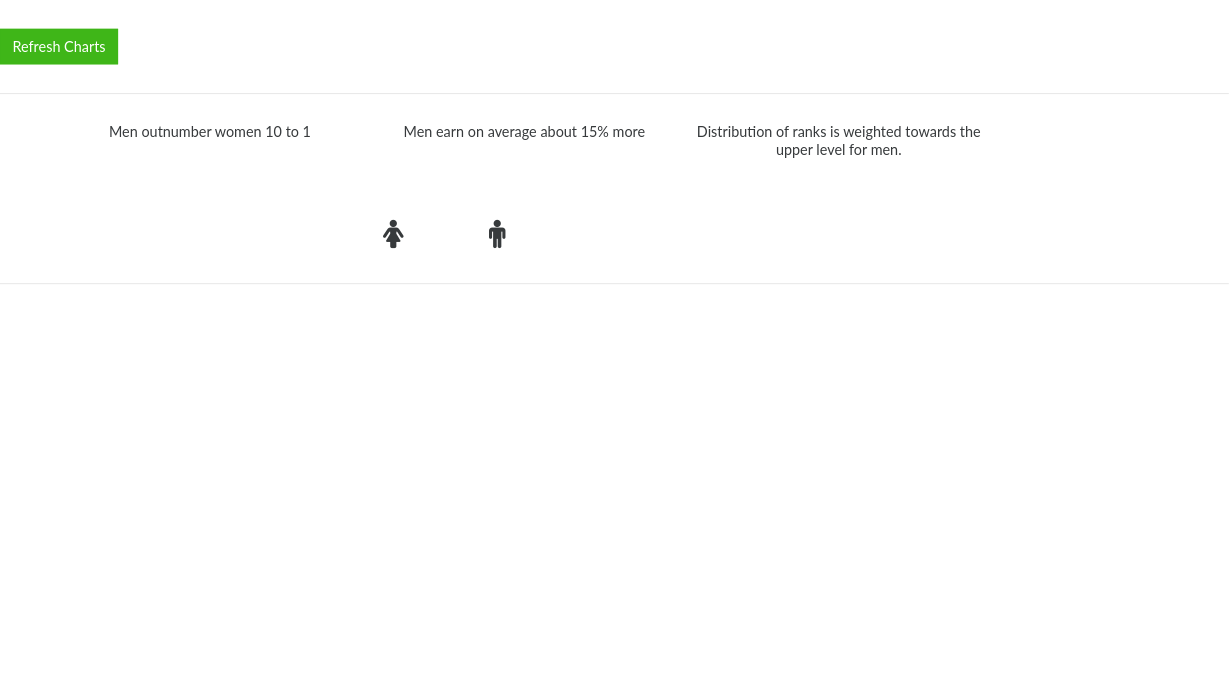
Repository: pauldardis/project-2-test
Page: index.html
The author's editor kept a record of every edit. The page is drawn from the files as they stood at one moment, then again after the next edit.
The browser window is 1280 px wide. The pictures show the whole page, at 96% of full size.

Above is the page before.
Console error: ReferenceError: show_percent_that_are_professors is not defined

### index.html
<!DOCTYPE html>
<html lang="en">

<head>
    <meta charset="UTF-8">
    <meta name="viewport" content="width=device-width, initial-scale=1.0">
    <meta http-equiv="X-UA-Compatible" content="ie=edge">
    <title>Dashboard</title>

    <link rel="stylesheet" href="assets/css/bootstrap.min.css" type="text/css" />
    <!--<link rel="stylesheet" href="assets/css/dc.min.css" type="text/css" />-->
    <link rel="stylesheet" type="text/css" href="https://maxcdn.bootstrapcdn.com/font-awesome/4.7.0/css/font-awesome.min.css">
    <link rel="stylesheet" href="assets/css/style.css" type="text/css" />


    <script type="text/javascript" src="assets/js/d3.min.js"></script>
    <script type="text/javascript" src="assets/js/crossfilter.min.js"></script>
    <script type="text/javascript" src="assets/js/dc.min.js"></script>
    <script type="text/javascript" src="assets/js/queue.min.js"></script>
    <script type="text/javascript" src="assets/js/graps.js"></script>

</head>

<body>

    <section class="section">
        <div id="refresh-button">
            <button type="submit" class="btn btn-success" onClick="refreshPage()">Refresh Charts</button>
        </div>
    </section>




    <section class="section">
        <div class="container">
            <div class="row">
                <div class="row">
                    <div class="col-xs-12 col-sm-4 text-center">
                        <p class="section-paragraph">Men outnumber women 10 to 1</p>
                    </div>
                    <div class="col-xs-12 col-sm-4 text-center">
                        <p class="section-paragraph">Men earn on average about 15% more</p>
                    </div>
                    <div class="col-xs-12 col-sm-4 text-center">
                        <p class="section-paragraph">Distribution of ranks is weighted towards the upper level for men.</p>
                    </div>
                </div>
                <div class="container">
                    <div class="row">
                        <div class="col-xs-12 col-sm-4 col-md-4 col-lg-4 text-center custom-chart" id="region-selector"></div>
                        <div class="col-xs-12 col-sm-4 col-md-4 col-lg-4 text-center custom-chart" id="constituency-selector"></div>
                        <div class="col-xs-12 col-sm-4 col-md-4 col-lg-4 text-center custom-chart" id="elected-selector"></div>
                    </div>
                </div>
            </div>
        </div>
        <div class="row col-12"></div>
        <div class="col-xs-12 col-sm-12 col-lg-12 gender-box">
            <i class="fa fa-female fa-gender" aria-hidden="true"></i> <span class="number-box" id="percent-of-women-professors"></span>
            <i class="fa fa-male fa-gender" aria-hidden="true"></i> <span class="number-box" id="percent-of-men-professors"></span>
        </div>
    </section>

    <section>
        <div class="container-fluid">
            <div class="row">
                <div class="col-xs-12 col-sm-6 col-md-3 col-lg-3">
                    <div>
                        <div>
                            <div class=" " id="party_first_preference_graphs"></div>
                        </div>
                    </div>
                </div>
                <div class="col-xs-12 col-sm-6 col-md-3 col-lg-3">
                    <div>
                        <div>
                            <div class="" id="candidate-graph"></div>
                        </div>
                    </div>
                </div>
                <div class="col-xs-12 col-sm-6 col-md-3 col-lg-3">
                    <div>
                        <div>
                            <div class="" id="candidate-first-preferance-graph">
                            </div>
                        </div>
                    </div>
                </div>
                <div class="col-xs-12 col-sm-6 col-md-3 col-lg-3">
                    <div>
                        <div>
                            <!--<div class="" id="candidate-graph">-->
                            </div>
                        </div>
                    </div>
                </div>
            </div>
    </section>



<div class="" id="candidate-graph"></div>
<div class="" id="candidate-graph-v2"></div>







    <!--<div class="col-xs-12 col-sm-6 col-md-3 col-lg-3 " id="party_first_preference_graphs"></div>-->
    <!--<div class="col-xs-12 col-sm-6 col-md-3 col-lg-3 text-center" id="party_total_votes_graphs"></div>-->
    <!--<div class="col-xs-12 col-sm-6 col-md-3 col-lg-3 text-center" id="candidate-first-preferance-graph"></div>-->
    <!--<div class="col-xs-12 col-sm-6 col-md-3 col-lg-3 text-center" id="candidate-total-votes-graph"></div>-->


    <section>
        <div class="container">
            <div class="row">
                <!--<div class="col-xs-12 col-sm-4 text-center" id="candidate-first-preferance-graph"></div>-->
                <!--<div class="col-xs-12 col-sm-4 text-center" id="candidate-total-votes-graph"></div>-->
            </div>
        </div>
    </section>








</body>

</html>

### assets/css/style.css
.gender-box {
	display: block;
	margin-left: auto;
	margin-right: auto;
	width: 40%;
}


.graph-box {
	display: block;
	margin-left: auto;
	margin-right: auto;
}


/*This removes the gridlines on the row chart but causes issue with x axesis */
/*.tick  { */
/*    display: none;*/
/*     }*/








/*.row {*/
/*	margin: 0px;*/
/*	padding: 0px;*/
/*}*/

/*.container {*/
/*	margin: 0px;*/
/*	padding: 0px;*/
/*}*/








.navbar-default {
	background-image: none;
	margin-bottom: 0;
}

.section-heading,
#discipline-selector {
	display: inline-block;
	float: none;
	margin: 0;
}

.section-heading {
	margin-bottom: 50px;
}

#discipline-selector {
	margin-left: 15px;
}

.number-box {
	margin-right: 75px;
}

.number-box,
.fa.fa-gender {
	font-size: 30px;
	font-weight: 500;
}

.fa-gender {
	margin-right: 10px;
}

.custom-chart {
	margin-bottom: 40px;
}

.section {
	border-bottom: 1px solid #e6e6e6;
	padding: 30px 0;
}

.section-paragraph {
	line-height: 1.2;
}

@import url("https://fonts.googleapis.com/css?family=Lato:300,400&display=swap");

/* BODY & HTML */
body {
    font-family: "Lato", sans-serif;
    font-weight: 400;
}

body,
html {
    width: 100%;
    height: 100%;
    padding: 0;
    margin: 0;
}

/* HEADINGS */
/* Styling of the dashboard title */

h1 {
    margin: 0;
}

/* Styling of heading 2 */

h2 {
    font-size: 1rem;
    font-weight: 300;
    margin-bottom: 0;
    margin-top: 15px;
}

/* SPINNER */
/* Spinner on data loading
spinner animation found on CodePen: https://codepen.io/judecodes/pen/PrBOvG?&page=1 */

.loader {
    z-index: 99;
    width: 200px;
    height: 200px;
    border-radius: 50%;
    border-top: 2px solid #2477b4;
    border-bottom: 2px solid transparent;
    border-left: 2px solid transparent;
    border-right: 2px solid transparent;
    animation: spin 3s linear infinite forwards;

    position: absolute;
    top: 0;
    bottom: 0;
    left: 0;
    right: 0;
    margin: auto;
}

.loader::before,
.loader::after {
    content: "";
    position: absolute;
    border-radius: 50%;
    border-top: 2px solid #2477b4;
    border-bottom: 2px solid transparent;
    border-left: 2px solid transparent;
    border-right: 2px solid transparent;
}

.loader::before {
    top: 7px;
    left: 7px;
    width: 178px;
    height: 178px;
    border-top: 2px solid #e6562e;
    animation: spin 2s linear infinite forwards;
}

.loader::after {
    top: 16px;
    left: 16px;
    width: 160px;
    height: 160px;
    border-top: 2px solid #f2893c;
    animation: spin 1s linear infinite forwards;
}

@keyframes spin {
    to {
        transform: rotate(360deg);
    }
}

/* Overlay styled to dim the background for spinner */

#overlay {
    z-index: 98;
    position: fixed;
    top: 0;
    left: 0;
    height: 100%;
    width: 100%;
    background: rgba(0, 0, 0, .5);
}

/* BACK TO TOP BUTTON */
/* Back to top button inspired by this Codepen solution: https://codepen.io/matthewcain/pen/ZepbeR */

#button {
    display: inline-block;
    background-color: transparent;
    color: #DF691A;
    border: 1px solid #DF691A;
    width: 50px;
    height: 50px;
    text-align: center;
    border-radius: 3px;
    position: fixed;
    bottom: 30px;
    right: 30px;
    transition: background-color .3s,
    opacity .5s, visibility .5s;
    opacity: 0;
    visibility: hidden;
    z-index: 97;
}

#button::after {
    content: "\f077";
    font-family: FontAwesome;
    font-weight: normal;
    font-style: normal;
    font-size: 2em;
    line-height: 50px;
}

#button:active {
    color: #ffffff;
    background-color: #DF691A;
}

#button.show {
    opacity: 1;
    visibility: visible;
}

/* REGIONAL SELECTOR */
/* Region selector menu styling */

#region-selector select {
    background: #5d6b78;
    border: #445360;
    color: #ebebeb;
    font-size: 1rem;
}

/* Select menu styling to match bootstrap theme */

select {
    background: #4e5d6c;
    color: #ebebeb;
}

/* CARDS */
/* Increasing size of font awesome icons */

.fa {
    font-size: 3rem;
}


/* Styles for tiles/cards */

.tile-s1,
.tile-s2,
.tile-s3 {
    max-width: 45rem;
}

.tile-s3 {
    min-height: 20rem;
}

.tile-s3 span {
    font-size: 1.5rem;
}

.tile-s4 {
    max-width: 70rem;
}

/* Card titles and filter label styled to uppercase */

.card-header,
.selector-label {
    text-transform: uppercase;
}

/* Number box font size increased to make it more prominent */

.number-box span {
    font-size: 1.5rem;
}

/* Shadow added to the chart tiles */

.shadow-box {
    box-shadow: 4px 4px 7px 0px rgba(61, 78, 94, 1);
}

/* Charts styling to fix the issue of responsiveness */

#composite-hour,
#composite-month {
    height: 300px;
    width: 750px;
}

/* Increasing the size of a viewbox so charts are bigger */

#accidents-severity,
#rd-type-split {
    height: 400px;
    width: 460px;
}

#severity-distribution {
    height: 400px;
    width: 380px;
}

/* DATA COUNT & RESET
/* Changing default margins to create some space between count feature and other sections */

.dc-data-count {
    margin: 10px 0;
}

/* Reset button  - border-radius added to match back0to0top button and shadow box removed*/

#reset-button {
    border-radius: 3px;
}

#reset-button:focus {
    box-shadow: none;
}

/* FOOTER */
/* adding margin so footer ellements have some space inbetween on smaller devices */

.footer-item {
    margin-bottom: 10px;
}

/* Underlining removed from all links */

a:hover {
    text-decoration: none;
}

/* MEDIA QUERIES */

@media only screen and (min-width: 1200px) {

    .tile-s2 {
        min-height: 30rem;
    }

}

@media only screen and (max-width: 1200px) {

    h1 {
        font-size: 1.9rem;
    }

    #stacked-chart {
        max-width: 70rem;
    }

}

@media only screen and (max-width: 992px) {

    .card-header {
        font-size: 0.7rem;
    }

    .number-box span {
        font-size: 1.2rem;
    }

}

/* media query created to make number display element look better, to add more space between the chart and the number */

@media only screen and (max-width: 767px) {

    .number-box span {
        font-size: 1.5rem;
    }

    .card-header,
    .selector-label {
        font-size: 0.8rem;
    }

    #accidents-severity,
    #rd-type-split {
        height: 360px;
        width: 440px;
    }

    #severity-distribution {
        height: 370px;
        width: 360px;
    }

}

/* Adjustments to font sizes to avoid line break */

@media only screen and (max-width: 576px) {

    h1 {
        font-size: 2rem;
    }

    .card-header,
    .selector-label {
        font-size: 1rem;
    }

    .navbar-brand {
        font-size: 1rem;
    }

    /* height adjusted to reduce space at top and the bottom of the chart (within the card) */
    #composite-hour,
    #composite-month {
        height: 120px;
    }

    #accidents-severity,
    #rd-type-split {
        height: 260px;
    }

}

@media only screen and (max-width: 375px) {

    #severity-distribution {
        height: 250px;
    }

}

/* Solution to sticky hover on mobile devices found here: https://medium.com/@ferie/detect-a-touch-device-with-only-css-9f8e30fa1134 */

@media (hover: hover) {

    #button:hover {
        cursor: pointer;
        background-color: #DF691A;
        color: #ffffff;
    }

}

### assets/js/graps.js
queue()
    .defer(d3.csv, "assets/data/election-2016.csv")
    .await(makeGraphs);



function makeGraphs(error, salesData) {
    var ndx = crossfilter(salesData);



    // these are the working graphs
    region_selector(ndx);
    constituency_selector(ndx);
    elected_selector(ndx);
    show_percent_that_are_professors(ndx, "F", "#percent-of-women-professors");
    show_percent_that_are_professors(ndx, "M", "#percent-of-men-professors");
    party_first_preference_graphs(ndx);
    candidate_graphs(ndx);






    // these are the graphs in test

    party_total_votes_graphs(ndx);
    candidate_first_preferance_graphs(ndx);
    candidate_total_votes_graphs(ndx);
    candidate_graphs_v2(ndx);


    dc.renderAll();
}


// This is the working section



function refreshPage() {
    window.location.reload();
}

function region_selector(ndx) {
    var dim = ndx.dimension(dc.pluck('Region'));
    group = dim.group();

    dc.selectMenu("#region-selector")
        .dimension(dim)
        .group(group);
}

function constituency_selector(ndx) {
    var dim = ndx.dimension(dc.pluck('Constituency_Name'));
    group = dim.group();

    dc.selectMenu("#constituency-selector")
        .dimension(dim)
        .group(group);
}

function elected_selector(ndx) {
    var dim = ndx.dimension(dc.pluck('Result'));
    group = dim.group();

    dc.selectMenu("#elected-selector")
        .dimension(dim)
        .group(group);
}















function party_first_preference_graphs(ndx) {

    var dim = ndx.dimension(dc.pluck('Party_Abbreviation'));
    var group = dim.group().reduceSum(dc.pluck('Count_1'));

    dc.pieChart('#party_first_preference_graphs')
        .height(360)
        .width(360)
        .innerRadius(95)
        .transitionDuration(1500)
        .colors(d3.scale.ordinal().range(["#8B8C8A", "#00A3DF", "#12A853", "#014B45", "#D6323D", "#91B905"]))
        .dimension(dim)
        .renderLabel(true)
        .legend(dc.legend().x(150).y(130).itemHeight(14).gap(5))
        .title(function(d) {
            return d.key + ": " + ((d.value / d3.sum(group.all(),
                function(d) { return d.value; })) * 100).toFixed(2) + "%";
        })
        .on("pretransition", function(chart) {
            chart.selectAll("text.pie-slice").text(function(d) {
                if (dc.utils.printSingleValue(
                        (d.endAngle - d.startAngle) /
                        (2 * Math.PI) * 100) >= 6) {
                    return dc.utils.printSingleValue(
                        (d.endAngle - d.startAngle) /
                        (2 * Math.PI) * 100) + "%";
                }
            })
        })
        .group(group);
}


function candidate_graphs(ndx) {
    var dim = ndx.dimension(dc.pluck('Party_Abbreviation'));
    var group = dim.group().reduceSum(dc.pluck('Seat'));

    dc.rowChart("#candidate-graph")
        .width(600)
        .height(400)
        .colors(d3.scale.ordinal().range(["#00A3DF", "#12A853", "#8B8C8A", "#014B45", "#D6323D", "#91B905"]))
        .margins({ top: 10, right: 50, bottom: 30, left: 50 })
        .dimension(dim)
        .transitionDuration(1500)
        .elasticX(true)
        .group(group);
}

































//this is the testing section





function candidate_graphs_v2(ndx) {

    var partyColors = d3.scale.ordinal()
        .domain(["F.G.", "F.F.", "Others", "S.F.", "LAB.", "G.P."])
        .range(["pink", "blue", "red", "yellow", "black", "green"]);

    var dim = ndx.dimension(dc.pluck('Party_Abbreviation'));
    var group = dim.group().reduceSum(dc.pluck('Seat'));


    var party_color = ndx.dimension(function(d) {
        return [d.Party_Abbreviation, d.Seat];
    });

    var partyGroup = party_color.group();

    console.log(group.all());


    dc.barChart("#candidate-graph-v2")
        .width(1000)
        .height(300)
        .margins({ top: 10, right: 50, bottom: 30, left: 50 })
        .dimension(dim)
        // .colorAccessor(function(d) {
        //     return d.key[0];
        // })
        .colors(d3.scale.ordinal().range(["#e6550e", "#fd8c3d", "#3182bc", "#fd8c3d", "#fd8c3d", "#fd8c3d", "#fd8c3d"]))
        .group(group)
        .x(d3.scale.ordinal())
        .xUnits(dc.units.ordinal)
        .elasticY(true)
        .xAxisLabel("Region")
        .yAxis().ticks(10);


}


function party_total_votes_graphs(ndx) {
    var dim = ndx.dimension(dc.pluck('Party_Abbreviation'));
    var group = dim.group().reduceSum(dc.pluck('Seat'));

    dc.pieChart('#party_total_votes_graphs') /* targeting the div where we want the pie chart*/
        .height(360)
        .width(360)
        .innerRadius(95)
        .transitionDuration(1500)
        // .colors(d3.scale.ordinal().range(["#3182bc", "#fd8c3d", "#e6550e"]))
        .dimension(dim)
        .renderLabel(true)
        .legend(dc.legend().x(150).y(130).itemHeight(14).gap(5))
        // .radius(360)
        .group(group)
        .title();
}















// function party_total_votes_graphs(ndx) {

//     var dim = ndx.dimension(dc.pluck('Party_Abbreviation'));
//     var group = dim.group().reduceSum(dc.pluck('Total_Votes'));

//     dc.pieChart('#party_total_votes_graphs') /* targeting the div where we want the pie chart*/
//         .height(360)
//         .width(360)
//         .innerRadius(95)
//         .transitionDuration(1500)
//         // .colors(d3.scale.ordinal().range(["#3182bc", "#fd8c3d", "#e6550e"]))
//         .dimension(dim)
//         .renderLabel(true)
//         .legend(dc.legend().x(110).y(150).itemHeight(13).gap(5))
//         // .title(function(d) {
//         //     return d.key + ": " + ((d.value / d3.sum(group.all(),
//         //         function(d) { return d.value; })) * 100).toFixed(0) + "%";
//         // })
//         .on("pretransition", function(chart)
//         {
//             chart.selectAll("text.pie-slice").text(function(d) {
//                 if (dc.utils.printSingleValue(
//                         (d.endAngle - d.startAngle) /
//                         (2 * Math.PI) * 100) >= 6) {
//                     return dc.utils.printSingleValue(
//                         (d.endAngle - d.startAngle) /
//                         (2 * Math.PI) * 100) + "%";
//                 }
//             }
//             )
//             chart.select("svg")
//                 .attr("height", "100%")
//                 .attr("width", "100%")
//                 .attr("viewBox", "0 0 360 360");
//             chart.selectAll(".dc-legend-item text")
//                 .attr("fill", "#1D47FF")
//                 .text("")
//                 .append("tspan")
//                 .text(function(d) { return d.name; })
//                 .attr("x", 70)
//                 .attr("text-anchor", "end");
//         })
//         .group(group);
// }










function candidate_first_preferance_graphs(ndx) {
    var dim = ndx.dimension(dc.pluck('Candidate'));
    var group = dim.group().reduceSum(dc.pluck('Count_1'));


    dc.pieChart('#candidate-first-preferance-graph') /* targeting the div where we want the pie chart*/
        .height(360)
        .width(360)
        .radius(360)
        .innerRadius(95)
        .transitionDuration(1500)
        .dimension(dim)
        .group(group);
}

function candidate_total_votes_graphs(ndx) {
    var dim = ndx.dimension(dc.pluck('Candidate'));
    var group = dim.group().reduceSum(dc.pluck('Total_Votes'));


    dc.pieChart('#candidate-total-votes-graph') /* targeting the div where we want the pie chart*/
        .height(250)
        .radius(100)
        .innerRadius(30)
        .transitionDuration(1500)
        .dimension(dim)
        .group(group);
}












// Everything under here is in test

function show_count_elected_by_gender(ndx, gender, element) {
    var percentageThatAreProf = ndx.groupAll().reduce(
        function(p, v) {
            if (v.Gender === gender) {
                p.count++;
                if (v.Result === "Elected") {
                    p.are_prof++;
                }
            }
            return p;
        },
        function(p, v) {
            if (v.Gender === gender) {
                p.count--;
                if (v.Result === "Elected") {
                    p.are_prof--;
                }
            }
            return p;
        },
        function() {
            return { count: 0, are_prof: 0 };
        },
    );

    dc.numberDisplay(element)
        .valueAccessor(function(d) {
            if (d.count == 0) {
                return 0;
            }
            else {
                return (d.are_prof);
            }
        })
        .transitionDuration(1500)
        .group(percentageThatAreProf)
}













































// function show_revenue_graphs(ndx) {
//     var dim = ndx.dimension(dc.pluck('Candidate'));
//     var group = dim.group().reduceSum(dc.pluck('Total_Votes'));
//     // var group = dim.group();

//     dc.rowChart("#revenue-graph")
//         .width(600)
//         .height(2000)
//         .margins({ top: 10, right: 50, bottom: 30, left: 50 })
//         .dimension(dim)
//         .group(group);
// .transitionDuration(500)
// .x(d3.scale.ordinal())
// .xUnits(dc.units.ordinal)
// .elasticY(true)
// .xAxisLabel("Region")
// .yAxis().ticks(10);


// }


// function candidate_graphs(ndx) {
//     var dim = ndx.dimension(dc.pluck('Candidate'));
//     var group = dim.group().reduceSum(dc.pluck('Constituency_Name'));

//     dc.barChart("#candidate-graph")
//         .width(600)
//         .height(300)
//         .margins({ top: 10, right: 50, bottom: 30, left: 50 })
//         .dimension(dim)
//         .group(group)
//         .transitionDuration(500)
//         .x(d3.scale.ordinal())
//         .xUnits(dc.units.ordinal)
//         .elasticY(true)
//         .xAxisLabel("Region")
//         .yAxis().ticks(10);

// }

Loaded but not shown: assets/css/bootstrap.min.css (library); assets/js/d3.min.js (library); assets/js/crossfilter.min.js (library); assets/js/dc.min.js (library); assets/js/queue.min.js (common file)

After the next edit:
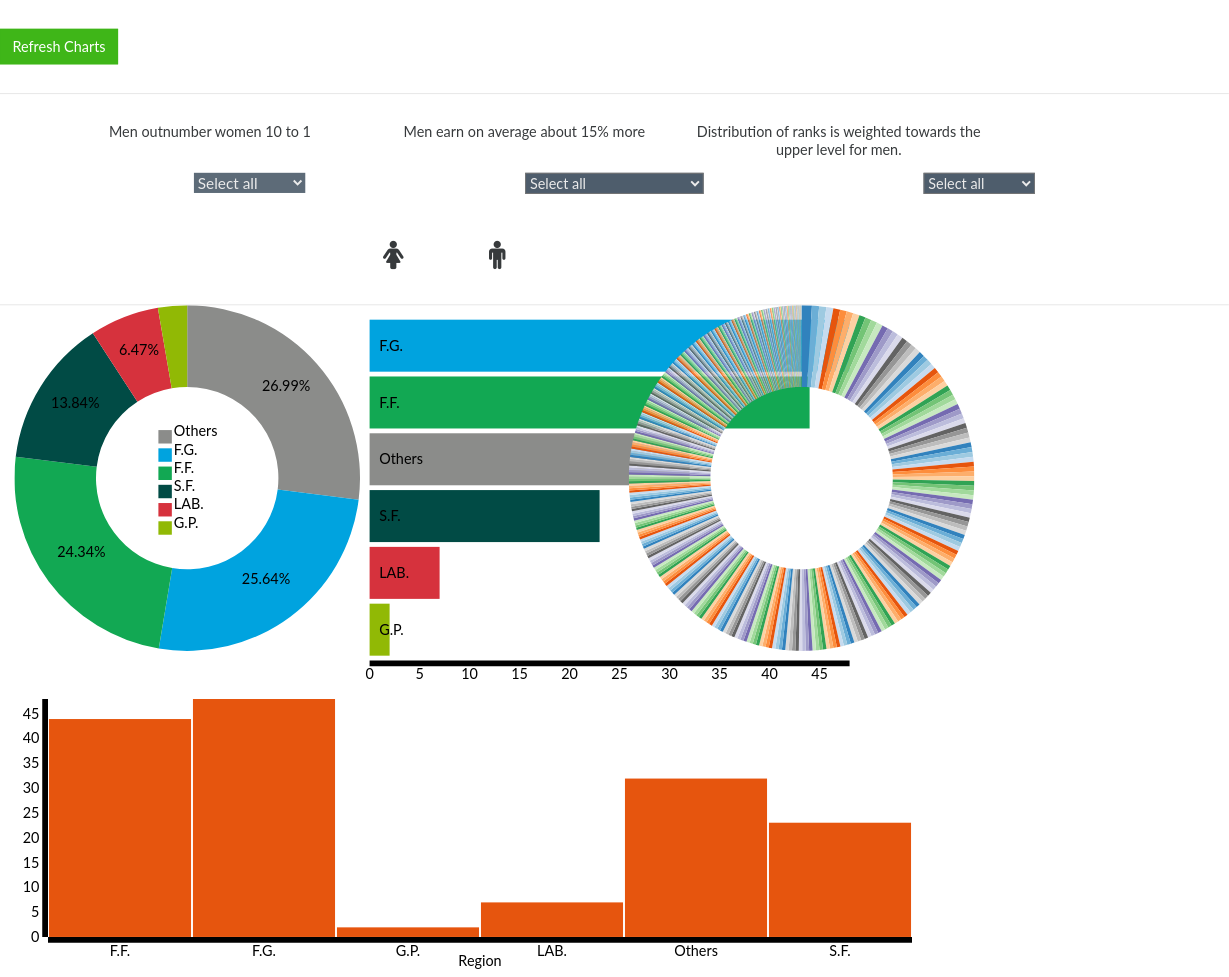
The error is gone.
The edit:
--- a/assets/js/graps.js
+++ b/assets/js/graps.js
@@ -13,8 +13,8 @@
     region_selector(ndx);
     constituency_selector(ndx);
     elected_selector(ndx);
-    show_percent_that_are_professors(ndx, "F", "#percent-of-women-professors");
-    show_percent_that_are_professors(ndx, "M", "#percent-of-men-professors");
+    show_count_elected_by_gender(ndx, "F", "#count-of-women-elected");
+     show_count_elected_by_gender(ndx, "M", "#count-of-men-elected");
     party_first_preference_graphs(ndx);
     candidate_graphs(ndx);
 
